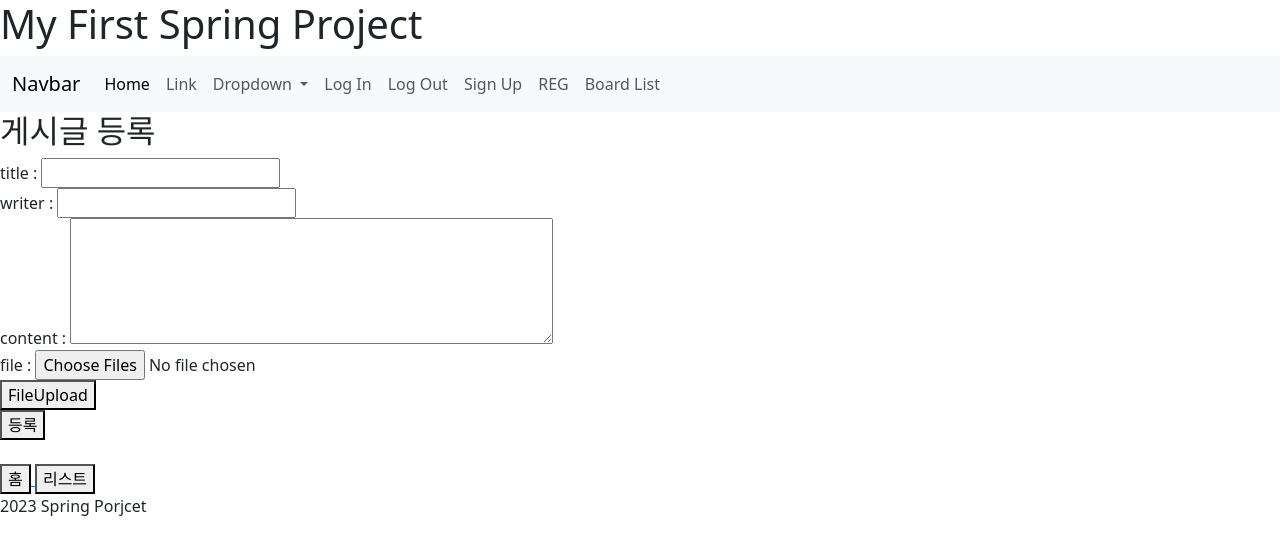
Repository: Leesunghoon1/ezenSpring
Page: http://localhost/spring-Test/WEB-INF/views/board/register.jsp
The author's editor kept a copy of each file at every save. The page is drawn from the files as they stood at one save, then again after the next save.
The browser window is 1280 px wide. The pictures show the whole page.
The page is served by Tomcat 9. Nobody is signed in. The template is opened directly, without the code that normally fills it, so the values that code supplies are empty.

Above is the page before, as saved 2023-10-12 07:55:51.

After the next save:
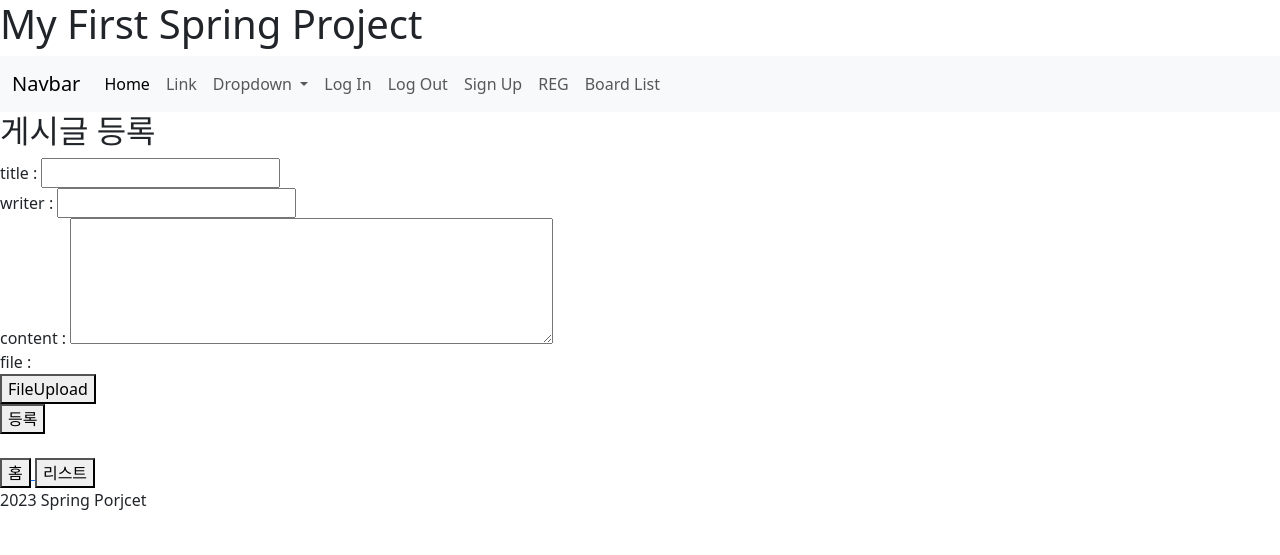
Saved 48 s later.
--- a/spring-Test/src/main/webapp/WEB-INF/views/board/register.jsp
+++ b/spring-Test/src/main/webapp/WEB-INF/views/board/register.jsp
@@ -15,8 +15,8 @@
 	title : <input type="text" name="title"><br>
 	writer : <input type="text" name="writer" value="${ses.id }" readonly="readonly"><br>
 	content : <textarea rows="5" cols="50" name="content"></textarea><br>
-	file : <input type="file" id="file" name="files" multiple="multiple"><br> <!-- multiple="multiple" 한번에 여러 파일을 업로드 가능하게 만들어줌 -->
-	<button type="button">FileUpload</button><br>
+	file : <input type="file" id="file" name="files" multiple="multiple" style="display:none"><br> <!-- multiple="multiple" 한번에 여러 파일을 업로드 가능하게 만들어줌 -->
+	<button type="button" id="file">FileUpload</button><br>
 	<button type="submit">등록</button>
 </form>
 <br>
